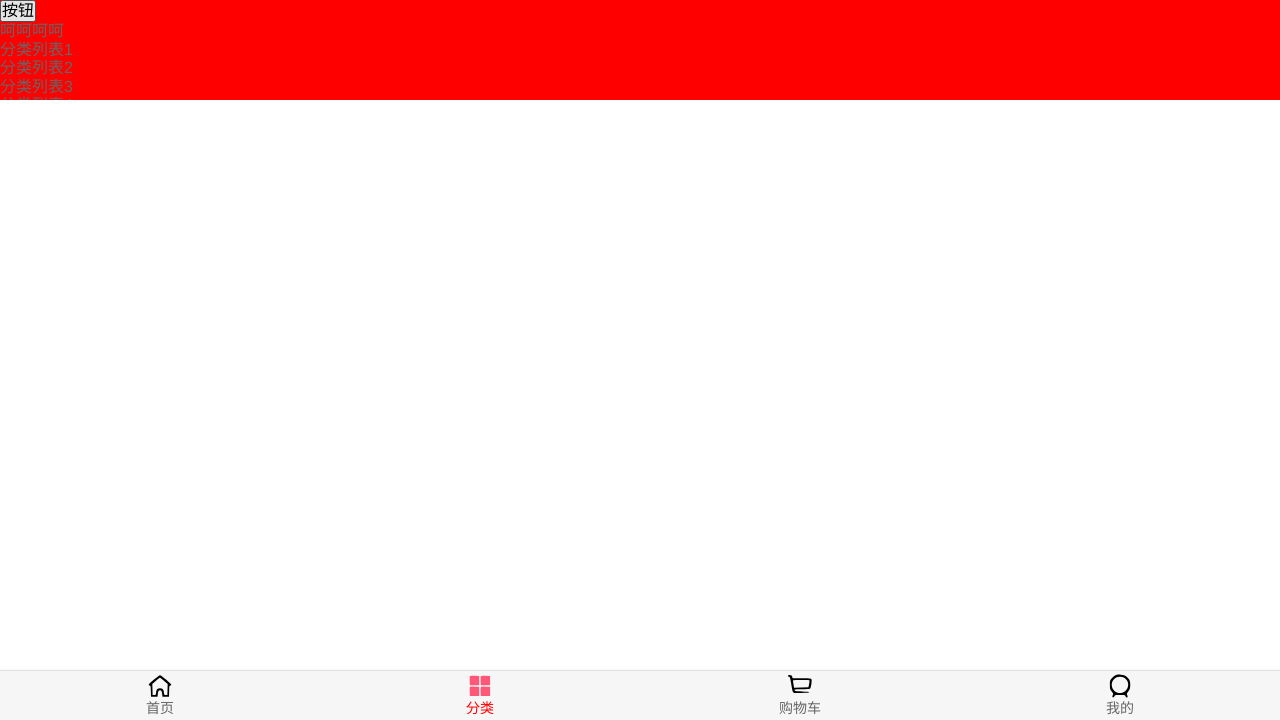
Repository: 2074623967/mymall
Page: /category
These files come from the project's save history. The page is drawn as it stood at one moment and after the next save; the edit follows.
The browser window is 1280 px wide. The pictures show the whole page.
The project was rebuilt for these pictures with package versions that can differ from the ones it lists, and the page was loaded fresh each time. Also part of the build but not shown: vue.config.js.

Above is the page before, as saved 2021-08-22 16:49:43.

After the next save:
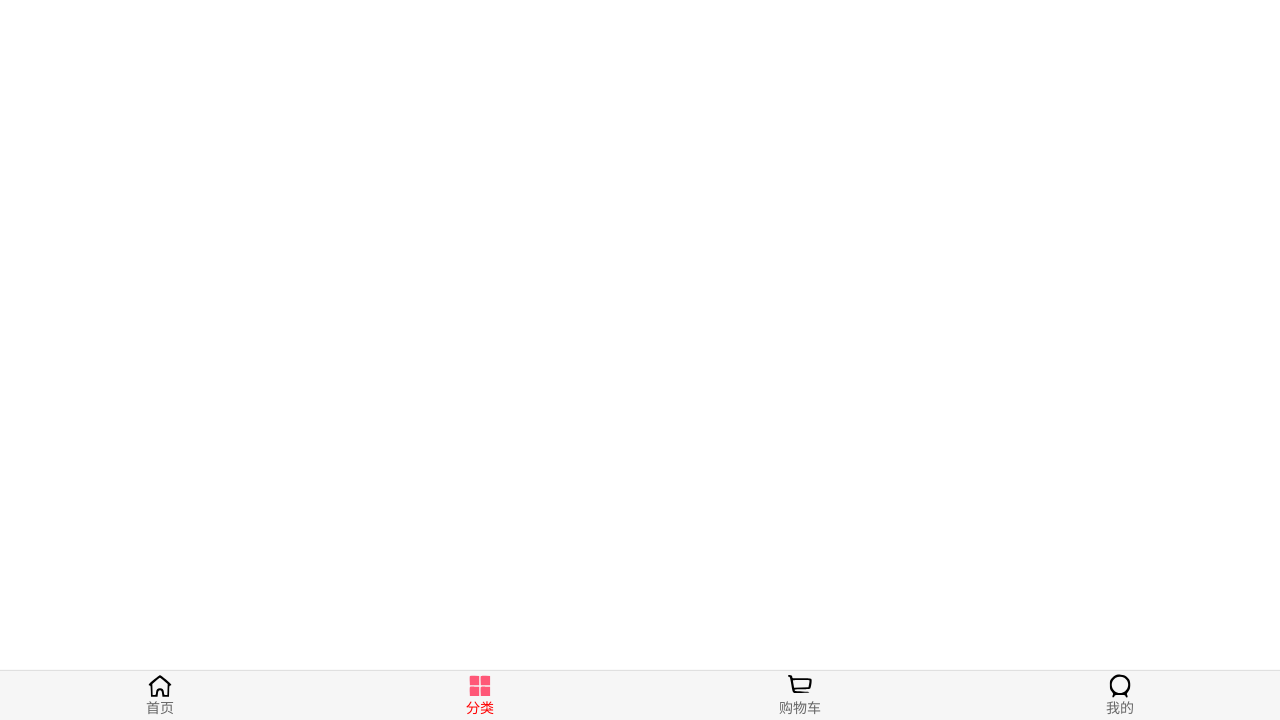
Saved 114 s later.
--- a/src/views/category/Category.vue
+++ b/src/views/category/Category.vue
@@ -1,157 +1,19 @@
 <template>
-  <div class="wrapper" ref="aaaa">
-    <!--1.无论是否设置click:false, button都可以点击-->
-    <button @click="btnClick">按钮</button>
-    <!--2.必须设置click:true, 那么div才能监听点击-->
-    <div @click="divClick">呵呵呵呵</div>
-    <ul class="content">
-      <li>分类列表1</li>
-      <li>分类列表2</li>
-      <li>分类列表3</li>
-      <li>分类列表4</li>
-      <li>分类列表5</li>
-      <li>分类列表6</li>
-      <li>分类列表7</li>
-      <li>分类列表8</li>
-      <li>分类列表9</li>
-      <li>分类列表10</li>
-      <li>分类列表11</li>
-      <li>分类列表12</li>
-      <li>分类列表13</li>
-      <li>分类列表14</li>
-      <li>分类列表15</li>
-      <li>分类列表16</li>
-      <li>分类列表17</li>
-      <li>分类列表18</li>
-      <li>分类列表19</li>
-      <li>分类列表20</li>
-      <li>分类列表21</li>
-      <li>分类列表22</li>
-      <li>分类列表23</li>
-      <li>分类列表24</li>
-      <li>分类列表25</li>
-      <li>分类列表26</li>
-      <li>分类列表27</li>
-      <li>分类列表28</li>
-      <li>分类列表29</li>
-      <li>分类列表30</li>
-      <li>分类列表31</li>
-      <li>分类列表32</li>
-      <li>分类列表33</li>
-      <li>分类列表34</li>
-      <li>分类列表35</li>
-      <li>分类列表36</li>
-      <li>分类列表37</li>
-      <li>分类列表38</li>
-      <li>分类列表39</li>
-      <li>分类列表40</li>
-      <li>分类列表41</li>
-      <li>分类列表42</li>
-      <li>分类列表43</li>
-      <li>分类列表44</li>
-      <li>分类列表45</li>
-      <li>分类列表46</li>
-      <li>分类列表47</li>
-      <li>分类列表48</li>
-      <li>分类列表49</li>
-      <li>分类列表50</li>
-      <li>分类列表51</li>
-      <li>分类列表52</li>
-      <li>分类列表53</li>
-      <li>分类列表54</li>
-      <li>分类列表55</li>
-      <li>分类列表56</li>
-      <li>分类列表57</li>
-      <li>分类列表58</li>
-      <li>分类列表59</li>
-      <li>分类列表60</li>
-      <li>分类列表61</li>
-      <li>分类列表62</li>
-      <li>分类列表63</li>
-      <li>分类列表64</li>
-      <li>分类列表65</li>
-      <li>分类列表66</li>
-      <li>分类列表67</li>
-      <li>分类列表68</li>
-      <li>分类列表69</li>
-      <li>分类列表70</li>
-      <li>分类列表71</li>
-      <li>分类列表72</li>
-      <li>分类列表73</li>
-      <li>分类列表74</li>
-      <li>分类列表75</li>
-      <li>分类列表76</li>
-      <li>分类列表77</li>
-      <li>分类列表78</li>
-      <li>分类列表79</li>
-      <li>分类列表80</li>
-      <li>分类列表81</li>
-      <li>分类列表82</li>
-      <li>分类列表83</li>
-      <li>分类列表84</li>
-      <li>分类列表85</li>
-      <li>分类列表86</li>
-      <li>分类列表87</li>
-      <li>分类列表88</li>
-      <li>分类列表89</li>
-      <li>分类列表90</li>
-      <li>分类列表91</li>
-      <li>分类列表92</li>
-      <li>分类列表93</li>
-      <li>分类列表94</li>
-      <li>分类列表95</li>
-      <li>分类列表96</li>
-      <li>分类列表97</li>
-      <li>分类列表98</li>
-      <li>分类列表99</li>
-      <li>分类列表100</li>
-    </ul>
-  </div>
 </template>
 
 <script>
-import BScroll from 'better-scroll';
 export default {
   name: 'Category',
   components: {},
   created() {},
   data() {
-    return {
-      scroll: null
-    };
+
   },
-  // 组件创建完后调用
-  mounted() {
-    this.scroll = new BScroll(this.$refs.aaaa, {
-      // probeType: 3,
-      // pullUpLoad: true
-    });
-
-    this.scroll.on('scroll', position => {
-      console.log(position);
-    });
-
-    this.scroll.on('pullingUp', () => {
-      console.log('上啦加载更多');
-    });
-  },
-
   methods: {
-    btnClick() {
-      console.log('btnClick');
-    },
-    divClick() {
-      console.log('divClick');
-    }
   }
 };
 </script>
 
 <style scoped>
-.wrapper {
-  height: 100px;
-  background-color: red;
-  overflow: hidden;
-  /* overflow-y: scroll; */
-}
+
 </style>
